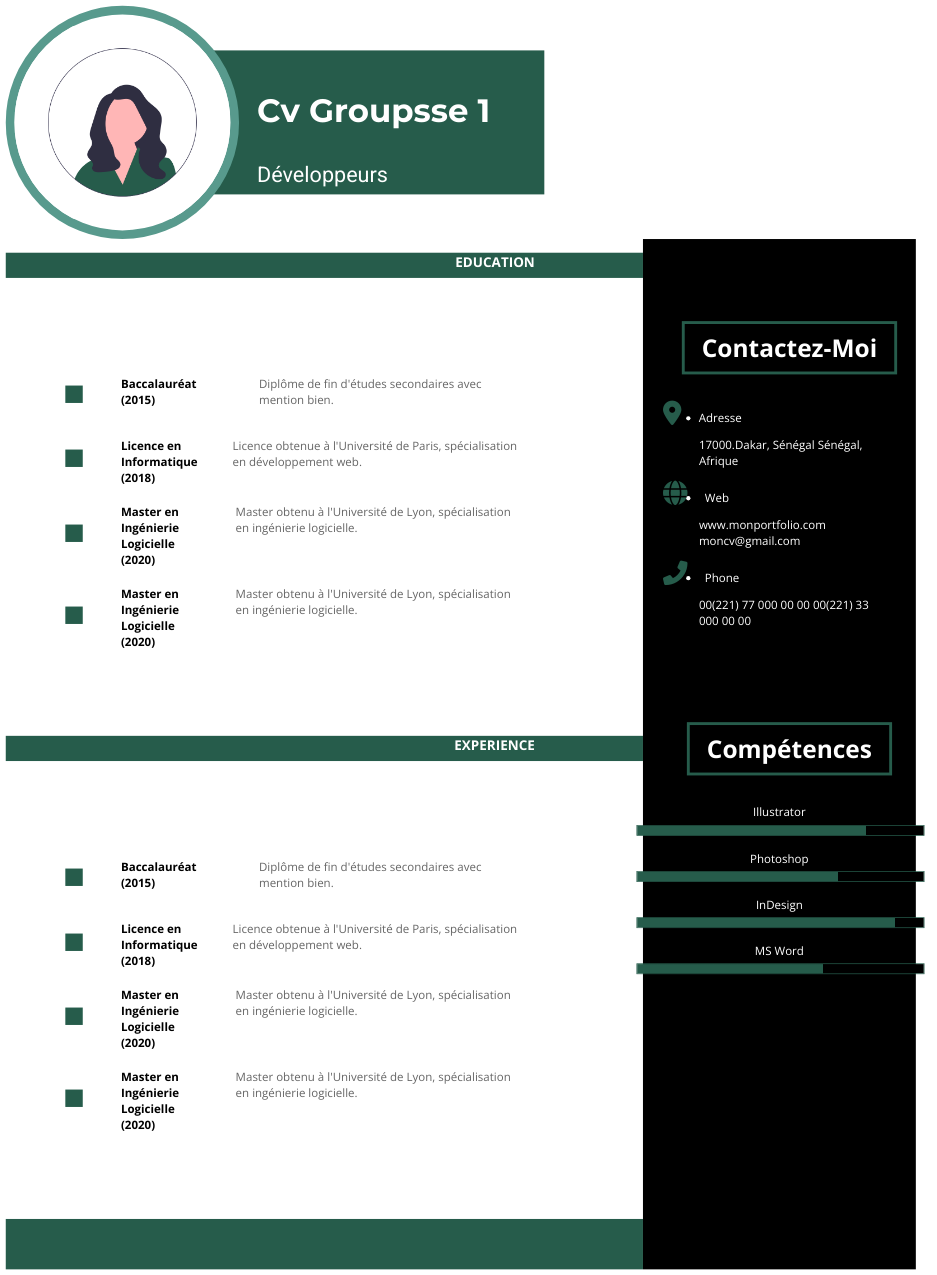
Repository: NdiongueFH/Mon_CV
Page: CV_Groupe1.html
An editor plug-in stored every save of this project. The page is shown before and after the next save, followed by the edit.
The browser window is 1280 px wide. The page is 1302 px wide, then 1280 px, so the pictures cover 1302 px, including what lies to the right of the window. The pictures show the whole page, at 72% of full size.

Above is the page before, as saved 2024-08-05 00:19:43.

### CV_Groupe1.html
<!DOCTYPE html>
<html lang="fr">
<head>
    <meta charset="UTF-8">
    <meta name="viewport" content="width=device-width, initial-scale=1.0">
    <!--Lin Font Awesome-->
    <link rel="stylesheet" href="https://cdnjs.cloudflare.com/ajax/libs/font-awesome/6.0.0-beta3/css/all.min.css">
    <!--Intégration de police d'écriture via un lien web-->
    <link href="https://fonts.googleapis.com/css2?family=Montserrat:wght@400;700&family=Open+Sans:wght@400;700&family=Roboto:wght@400;500&display=swap" rel="stylesheet">
    <!--Intégration de notre lien CSS-->
    <link rel="stylesheet" href="CV_Groupe1.css">
    <title>MON CV</title>

</head>
<body>
    <!--section principale-->
    <section id="principal">

        <!--Début Partie Ndiawar-->

        <!--la partie profile de notre cv-->
        <section id="profile">
            <!--identité-->
            <div id="identite">
                <!--image-->
                <div class="image">
                    <img id="image_profil" src="./image/profil.png" alt="" sizes="30" srcset="">
                </div>
                <!--fin image-->
                <!--debut nom-->
                <div class="nom">
                    <h1 id="name_cv">Cv Groupsse 1</h1>
                    <span id="function">Développeurs</span>
                </div>
                <!--fin nom-->
            </div>
            <!--fin identité-->
        </section>
        <!--fin de la partie profile-->

        <!--Fin Partie Ndiawar Diop-->


        <!--le debut du corp de notre cv-->
        <section  id="renseignement">
            <!--corp -->
            <div id="corps">
                <!--debut blanc-->
                <div class="blanc">


                    <!--Début Partie Anta Maguette Faye-->


                    <!--education-->
                    <div class="edu_exp">
                        <!--titre education-->
                        <div class="titre_edu_exp">
                            <h1 class="h1_titr">
                                EDUCATION
                            </h1>
                        </div>
                        <!--fin titre education-->
                        <!--parti education-->
                        <div id="info_edu">
                            <ul class="liste-diplomes">
                                <li>
                                    <div class="info">
                                        <span class="diplome">Baccalauréat</span>
                                        <span class="annee">(2015)</span>
                                    </div>
                                    <p class="description">Diplôme de fin d'études secondaires avec mention bien.</p>
                                </li>
                                <li>
                                    <div class="info">
                                        <span class="diplome">Licence en Informatique</span>
                                        <span class="annee">(2018)</span>
                                    </div>
                                    <p class="description">Licence obtenue à l'Université de Paris, spécialisation en développement web.</p>
                                </li>
                                <li>
                                    <div class="info">
                                        <span class="diplome">Master en Ingénierie Logicielle</span>
                                        <span class="annee">(2020)</span>
                                    </div>
                                    <p class="description">Master obtenu à l'Université de Lyon, spécialisation en ingénierie logicielle.</p>
                                </li>
                                <li>
                                    <div class="info">
                                        <span class="diplome">Master en Ingénierie Logicielle</span>
                                        <span class="annee">(2020)</span>
                                    </div>
                                    <p class="description">Master obtenu à l'Université de Lyon, spécialisation en ingénierie logicielle.</p>
                                </li>
                            </ul>
                        </div>
                        <!--fin parti education-->
                    </div>
                    <!--fin education-->


                    <!--Fin Partie Anta Maguette Faye-->

                    <!--Début Partie Fatoumata Hawa Ndiongue-->

                    <!--experience-->
                    <div class="edu_exp" >
                        <!--titre experience-->
                        <div class="titre_edu_exp">
                            <h1 class="h1_titr">
                                EXPERIENCE
                            </h1>
                        </div>
                        <!--fin titre experience-->
                        <!--parti experience-->
                        <div id="info_exp">
                            <ul class="liste-diplomes">
                                <li>
                                    <div class="info">
                                        <span class="diplome">Baccalauréat</span>
                                        <span class="annee">(2015)</span>
                                    </div>
                                    <p class="description">Diplôme de fin d'études secondaires avec mention bien.</p>
                                </li>
                                <li>
                                    <div class="info">
                                        <span class="diplome">Licence en Informatique</span>
                                        <span class="annee">(2018)</span>
                                    </div>
                                    <p class="description">Licence obtenue à l'Université de Paris, spécialisation en développement web.</p>
                                </li>
                                <li>
                                    <div class="info">
                                        <span class="diplome">Master en Ingénierie Logicielle</span>
                                        <span class="annee">(2020)</span>
                                    </div>
                                    <p class="description">Master obtenu à l'Université de Lyon, spécialisation en ingénierie logicielle.</p>
                                </li>
                                <li>
                                    <div class="info">
                                        <span class="diplome">Master en Ingénierie Logicielle</span>
                                        <span class="annee">(2020)</span>
                                    </div>
                                    <p class="description">Master obtenu à l'Université de Lyon, spécialisation en ingénierie logicielle.</p>
                                </li>
                            </ul>
                        </div>
                        <!--fin parti experience-->
                    </div>
                    <!--fin experience-->

                    <!--Début Footer-->
                    <div id="footer">

                    </div>
                    <!--Fin Footer-->

                    <!--Fin Partie Fatoumata Hawa Ndiongue-->

                </div>
                <!--fin blanc-->

                <!--Début Moustapha Dieng-->


                <!--debut noir-->
                <div class="noir">
                    <!--contact-->
                    <div class="contact">
                        <!--titre contact-->
                        <div class="title">
                            <h1 class="titre_contact_skill">
                                Contactez-Moi
                            </h1>
                        </div>
                        <!--fin titre contact-->
                        <!-- donnee contact-->
                        <div class="donnees_contact">
                            <ul class="list_contact">
                                <li>
                                    <p class="icon_contact">
                                        <i class="fas fa-map-marker-alt"></i> Adresse
                                    </p>
                                    <div class="contactez">
                                        <span class="detail">17000.Dakar, Sénégal</span>
                                        <span class="desc">Sénégal, Afrique</span>
                                    </div>
                                </li>
                            </ul>
                            <ul class="list_contact">
                                <li>
                                    <p class="icon_contact">
                                        <i class="fas fa-globe"></i> Web
                                    </p>
                                    <div class="contactez">
                                        <span class="detail">www.monportfolio.com</span>
                                        <span class="desc">moncv@gmail.com</span>
                                    </div>
                                </li>
                            </ul>
                            <ul class="list_contact">
                                <li>
                                    <p class="icon_contact">
                                        <i class="fas fa-phone-alt"></i> Phone
                                    </p>
                                    <div class="contactez">
                                        <span class="detail">00(221) 77 000 00 00</span>
                                        <span class="desc">00(221) 33 000 00 00</span>
                                    </div>
                                </li>
                            </ul>
                        </div>
                        <!-- End Contact Data -->
                    </div>
                        <!--fin donnee contact-->
                    <!--fin contact-->
                    <!--skill-->
                    <div class="contact">
                        <!--titre skill-->
                        <!--titre contact-->
                        <div class="title">
                            <h1 class="titre_contact_skill">
                                Compétences
                            </h1>
                        </div>
                        <!--fin titre contact-->
                        <!--fin titre skill-->
                        <!--donné skill-->
                        <div class="donnees_skill">
                            <form>
                                <div class="skill">
                                    <label for="skill1">Illustrator</label>
                                    <input type="range" id="skill1" name="skill1" min="0" max="100" value="80" step="1">
                                </div>
                                <div class="skill">
                                    <label for="skill2">Photoshop</label>
                                    <input type="range" id="skill2" name="skill2" min="0" max="100" value="70" step="1">
                                </div>
                                <div class="skill">
                                    <label for="skill3">InDesign</label>
                                    <input type="range" id="skill3" name="skill3" min="0" max="100" value="90" step="1">
                                </div>
                                <div class="skill">
                                    <label for="skill4">MS Word</label>
                                    <input type="range" id="skill4" name="skill4" min="0" max="100" value="65" step="1">
                                </div>
                            </form>
                        </div>
                        <!--fin donné skill-->
                    </div>
                    <!--fin skill-->
                    <!--resaux socio-->
                    <div id="resaux"></div>
                    <!--fin resaux socio-->
                </div>
                <!--fin noir-->

                <!--Fin Moustapha Dieng-->


            </div>
            <!--fin corp-->

        </section>
        <!--la fin du corp de notre cv-->
    </section>
    <!--Fin section principale-->

</body>
</html>

### CV_Groupe1.css
/*Le pseudo-élément `:root` en CSS permet de définir des variables globales pour un document,
représentant l'élément `<html>`. Utilisé pour centraliser la gestion des styles comme
les couleurs et les polices, il facilite la maintenance du CSS en rendant
les valeurs facilement réutilisables et modifiables dans toute la feuille de style.*/

:root {
    /* Définition des couleurs de base */
    --teal-1: #265C4B; /* Teal foncé */
    --teal-2: #146551; /* Teal moyen foncé */
    --teal-3: #007566; /* Teal vif */
    --teal-4: #589A8D; /* Teal clair */
    --teal-5: #fff; /* Blanc très clair */
    --Noir-6: #000000; /*Noir*/
    --Blanc-7: #ffffff; /*Blanc*/

    /* Utilisation des couleurs pour différents éléments */

    --color-title: var(--teal-1); /* Couleur pour les titres */
    --color-subtitle: var(--teal-3); /* Couleur pour les sous-titres */
    --color-paragraph: var(--teal-2); /* Couleur pour les paragraphes */
    --color-border: var(--teal-4); /* Couleur pour les bordures */
    --color-backgroundFoncé: var(--teal-1); /*Couleur de fond foncée*/
    --color-background: var(--teal-5); /* Couleur de fond général */
    --color-text: var(--Noir-6); /*Couleur pour le texte de fond*/
    --color-white: var(--Blanc-7); /*Couleur blanche pour les texte de fon d'une balise"*/
}

/*Intégration de nos polices d'écritures générales pour notre texte, titre et les sous-titres*/
:root {
    /* Polices */
    --font-title: 'Montserrat', sans-serif;
    --font-text: 'Open Sans', sans-serif;
    --font-subtitle: 'Roboto', sans-serif;

    /* Taille de police standard et poids */
    --font-size-normal: 16px; /* Taille de police standard pour le texte */
    --font-size-title: 28px; /* Taille de police pour les grands titres */
    --font-size-subtitle: 20px; /* Taille de police pour les sous-titres */
    --font-weight-normal: 400; /* Poids normal de la police */
    --font-weight-bold: 700; /* Poids en gras */
    /*Pour le profil la taile du nom et du sous-titre*/
    --font-size-titleProfil: 45px;
    --font-size-subtitleProfil: 30px;
}

/*Initialisation de notre body pour supprimer les marges et choix du type de police pour notre site*/
body {
    color: var(--color-text);
    background-color: var(--color-background);
    font-family: var(--font-text);
    font-size: var(--font-size-normal);
    font-weight: var(--font-weight-normal);
}

/*Partie Ndiawar Diop*/
    /*Début partie profil de Mon_CV*/

/*Div Identité*/
#identite {
    display: flex;
    align-items: center; /* Pour aligner verticalement les éléments à l'intérieur */
    background: none;
}
/*Image*/
.image {
    background-color: var(--color-background);
    border: 12px solid var(--color-border);
    width: 300px;  /* Assurez-vous que le conteneur est carré */
    height: 300px;
    border-radius: 50%;  /* Rend l'image ronde */
    overflow: hidden;  /* Cache les parties de l'image qui débordent */
    z-index: 2; /* Nous Plaçons l'image au-dessus de .nom */
    position: relative; /* Nécessaire pour appliquer z-index */
}

#image_profil {
    width: 100%;
    height: 100%;
    object-fit: contain;  /* Garantit que l'image couvre tout l'espace sans déformation */
}
/*Le nom du profil*/
.nom {
    background-color: var(--color-backgroundFoncé);
    width: 30%;
    height: 200px; /* Aligner la hauteur avec celle de l'image */
    display: flex;
    color: var(--color-white);
    flex-direction: column;
    justify-content: center;
    text-align: left;
    padding: 0 20px 0 75px;
    margin-left: -50px; /* Ajustement pour le chevauchement */
    z-index: 1; /* S'assurer que .nom se superpose à .image */
    position: relative;
}
#name_cv{
    font-family: var(--font-title);
    font-size: var(--font-size-titleProfil);
    font-weight: var(--font-weight-bold);
}
#function {
    font-family: var(--font-subtitle);
    font-size: var(--font-size-subtitleProfil);
    font-weight: var(--font-weight-normal);
}
    /*Fin Partie profil de Mon_Cv*/
/*Fin Partie Ndiawar Diop*/

/*Partie Section 2*/
#corps {
    display: flex;
}
.blanc {
    width: 70%;

}
    /*Partie Anta Maquette Faye
.titre_edu_exp {
}*/
.h1_titr {
    height: 35px;
    padding-right: 150px;
    background-color: var(--color-backgroundFoncé);
    text-align: right;
    color: var(--color-white);

}

    /*Partie Education*/
    #info_edu {
        max-width: 600px;
        margin: 120px;
    }
    #info_exp{
        max-width: 600px;
        margin: 120px;
    }
    .liste-diplomes li {
        display: flex;
        align-items: baseline;
        margin-bottom: 10px;
        position: relative; /* Position relative pour placer les puces */
    }

    .liste-diplomes li::before {
        content: "■"; /* Utiliser un carré comme puce */
        color: #265C4B; /* Teal foncé */
        font-size: 50px;
        position: absolute;
        left: -80px; /* Position de la puce */
        top: 50%;
        transform: translateY(-50%); /*Nous permet de déplacer le content */
    }

    .info {
        width: 200px; /* Largeur fixe pour le diplôme et l'année */
        font-weight: bold;
        display: flex;
        flex-direction: column;
        justify-content: left;
    }

    .diplome {
        margin-right: 10px; /* Espace entre le diplôme et l'année */
    }

    .description {
        margin-left: 15px; /* Espace entre l'info et la description */
        flex-grow: 1; /* Permet à la description de prendre le reste de l'espace */
        color: #666; /* Couleur de texte pour la description */
    }


    /*Footer*/
    #footer {
        height: 10px;
        padding: 30px;
        background-color: var(--color-backgroundFoncé);
    }

    /*Partie Noir*/
    .noir {
        width: 30%;
        background-color: var(--color-text);
        height: auto;
        color: var(--color-white);
    }
    .contact {
        display: flex;
        flex-direction: column;
        align-items: center; /* Center horizontally */
        justify-content: center; /* Center vertically (if height is set) */
        width: 80%; /* ou toute autre largeur appropriée */
        margin: 0 auto;
        padding-top: 80px;
        color: var(--color-white);
    }

    .titre_contact_skill {
        font-size: 34px;
        margin-bottom: 20px;
        text-align: center; /* Center the title text */
        border: 4px solid var(--color-backgroundFoncé);
        width: 100%; /* Ajuste selon tes besoins */
        padding: 10px;
    }

    .icon_contact i {
        margin: 0 20px 0 -50px;
        color: var(--color-backgroundFoncé); /* Assure-toi que les icônes sont blanches */
        font-size: 34px; /* Ajuste la taille si nécessaire */
    }
    .donnees_skill {
        width: 400px; /* Adjust width to fit your design */
        padding: 20px;
    }

    .form-title {
        color: #fff;
        text-align: center;
        margin-bottom: 20px;
    }

    .skill {
        margin-bottom: 15px;
        text-align: center;
    }

    .skill label {
        display: block;
        color: #fff;
        font-size: 16px;
        margin-bottom: 5px;
    }

    .skill input[type="range"] {
        -webkit-appearance: none;
        appearance: none;
        width: 100%;
        height: 15px;
        background: transparent;
        outline: none;
    }

    .skill input[type="range"]::-webkit-slider-thumb {
        -webkit-appearance: none;
        appearance: none;
        width: 0;
        height: 0;
        cursor: pointer;
        border: none;
        position: relative;
        top: -5px;
    }

    /* Webkit browsers */
    .skill input[type="range"]::-webkit-slider-runnable-track {
        height: 15px;
        border: 1px solid var(--color-backgroundFoncé);
    }

    .skill input[type="range"][value="80"]::-webkit-slider-runnable-track {
        background: linear-gradient(to right, var(--color-backgroundFoncé) 0%, var(--color-backgroundFoncé) 80%, var(--color-text) 80%);
    }

    .skill input[type="range"][value="70"]::-webkit-slider-runnable-track {
        background: linear-gradient(to right, var(--color-backgroundFoncé) 0%, var(--color-backgroundFoncé) 70%, var(--color-text) 70%);
    }

    .skill input[type="range"][value="90"]::-webkit-slider-runnable-track {
        background: linear-gradient(to right, var(--color-backgroundFoncé) 0%, var(--color-backgroundFoncé) 90%, var(--color-text) 90%);
    }

    .skill input[type="range"][value="65"]::-webkit-slider-runnable-track {
        background: linear-gradient(to right, var(--color-backgroundFoncé) 0%, var(--color-backgroundFoncé) 65%, var(--color-text) 65%);
    }

After the next save:
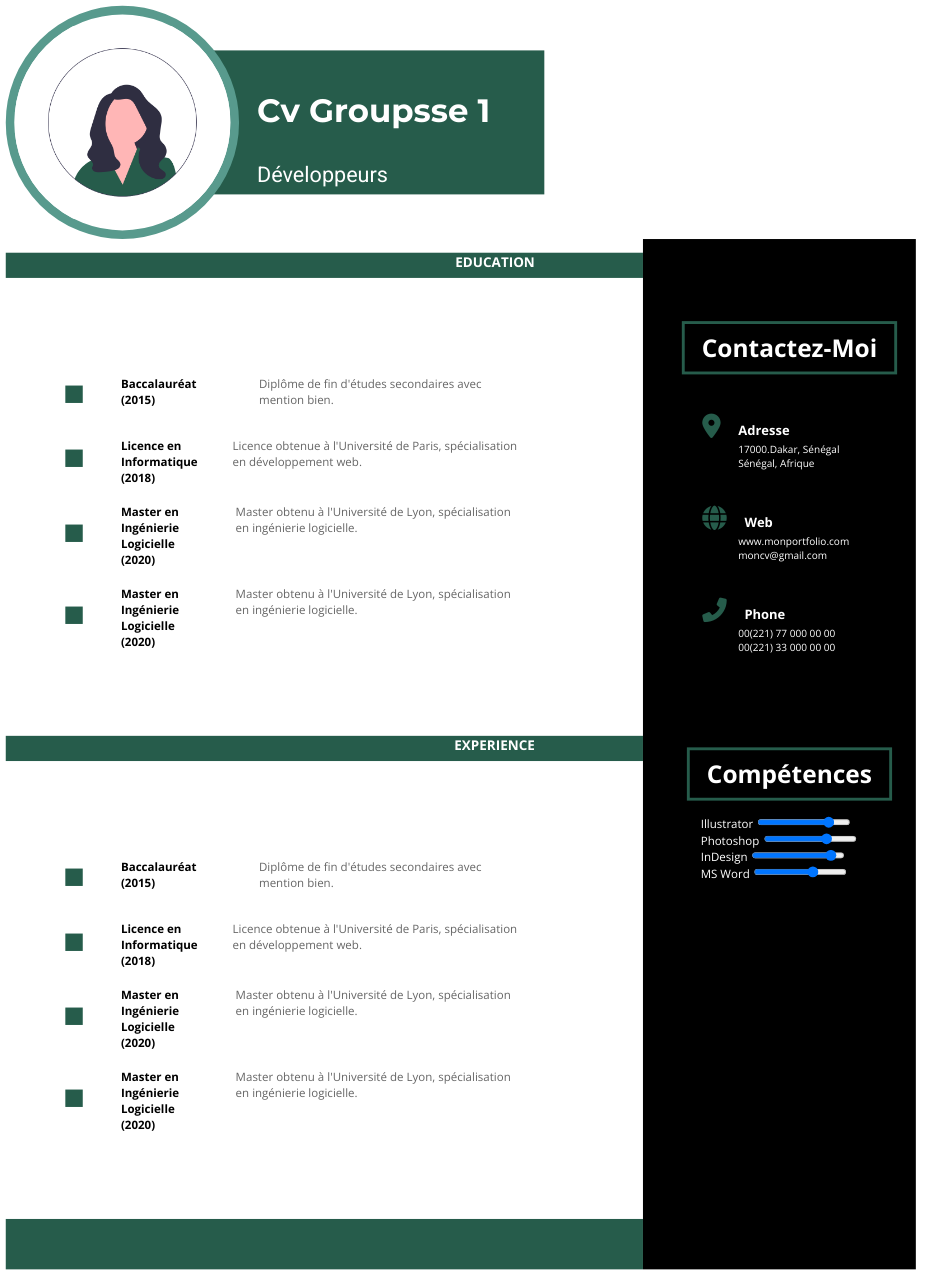
Saved 7 min 49 s later.
--- a/CV_Groupe1.css
+++ b/CV_Groupe1.css
@@ -210,67 +210,29 @@ body {
         color: var(--color-backgroundFoncé); /* Assure-toi que les icônes sont blanches */
         font-size: 34px; /* Ajuste la taille si nécessaire */
     }
-    .donnees_skill {
-        width: 400px; /* Adjust width to fit your design */
-        padding: 20px;
-    }
-
-    .form-title {
-        color: #fff;
-        text-align: center;
-        margin-bottom: 20px;
-    }
-
-    .skill {
-        margin-bottom: 15px;
-        text-align: center;
-    }
-
-    .skill label {
-        display: block;
-        color: #fff;
-        font-size: 16px;
-        margin-bottom: 5px;
-    }
-
-    .skill input[type="range"] {
-        -webkit-appearance: none;
-        appearance: none;
-        width: 100%;
-        height: 15px;
-        background: transparent;
-        outline: none;
-    }
-
-    .skill input[type="range"]::-webkit-slider-thumb {
-        -webkit-appearance: none;
-        appearance: none;
-        width: 0;
-        height: 0;
-        cursor: pointer;
-        border: none;
-        position: relative;
-        top: -5px;
-    }
-
-    /* Webkit browsers */
-    .skill input[type="range"]::-webkit-slider-runnable-track {
-        height: 15px;
-        border: 1px solid var(--color-backgroundFoncé);
-    }
-
-    .skill input[type="range"][value="80"]::-webkit-slider-runnable-track {
-        background: linear-gradient(to right, var(--color-backgroundFoncé) 0%, var(--color-backgroundFoncé) 80%, var(--color-text) 80%);
-    }
-
-    .skill input[type="range"][value="70"]::-webkit-slider-runnable-track {
-        background: linear-gradient(to right, var(--color-backgroundFoncé) 0%, var(--color-backgroundFoncé) 70%, var(--color-text) 70%);
-    }
-
-    .skill input[type="range"][value="90"]::-webkit-slider-runnable-track {
-        background: linear-gradient(to right, var(--color-backgroundFoncé) 0%, var(--color-backgroundFoncé) 90%, var(--color-text) 90%);
-    }
-
-    .skill input[type="range"][value="65"]::-webkit-slider-runnable-track {
-        background: linear-gradient(to right, var(--color-backgroundFoncé) 0%, var(--color-backgroundFoncé) 65%, var(--color-text) 65%);
-    }
+
+.donnees_contact {
+    display: flex;
+    flex-direction: column;
+    align-items: flex-start; /* Align contact data to the left */
+}
+
+.list_contact {
+    list-style: none;
+    width: 100%;
+}
+
+.icon_contact {
+    font-size: 18px;
+    margin-bottom: 5px;
+    font-weight: bold;
+}
+
+.contactez {
+    font-size: 16px;
+}
+
+.detail, .desc {
+    display: block;
+    font-size: 14px;
+}
